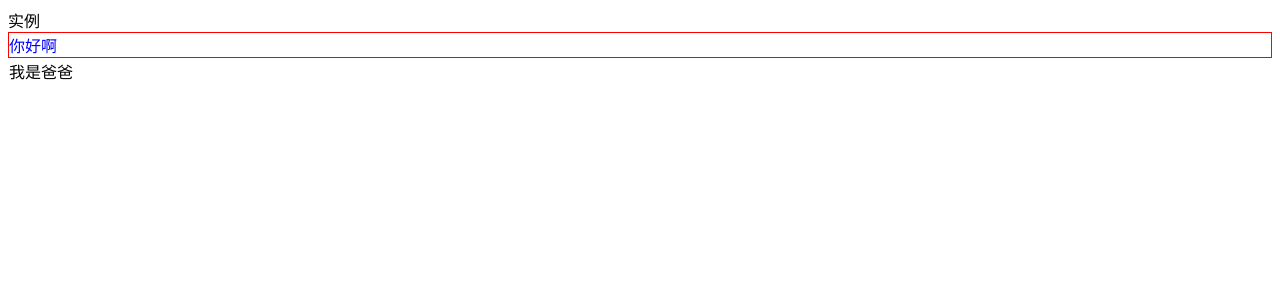
Repository: chenguocan/dom_demo
Page: src/index.html
An editor plug-in stored every save of this project. The page is shown before and after the next save, followed by the edit.
The browser window is 1280 px wide. The pictures show the whole page.

Above is the page before, as saved 2020-08-07 17:17:21.
Console error: TypeError: Cannot read properties of undefined (reading 'classList')

After the next save:
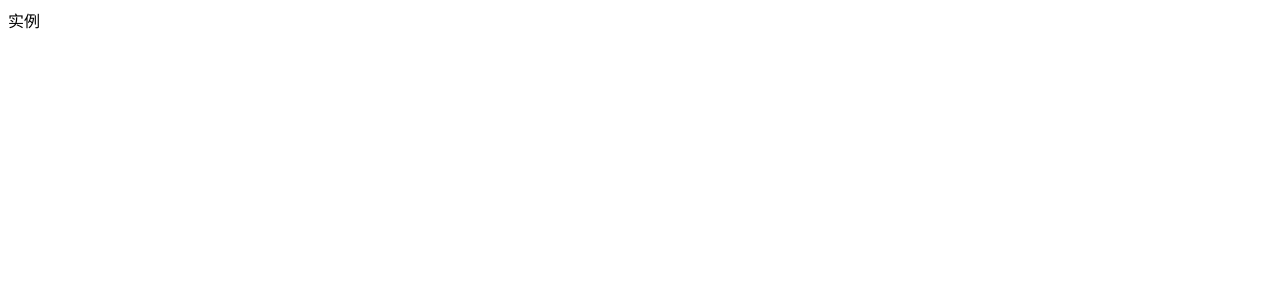
Console error: SyntaxError: Unexpected identifier 'offscreenBuffering'
Saved 89 s later.
--- a/src/dom.js
+++ b/src/dom.js
@@ -91,5 +91,11 @@
         has(node, className) {
             return node.classList.contains(className);
         }
+    },
+    on(node, eventName, fn) {
+        node.addEventListener(eventName, fn);
+    }
+    offscreenBuffering(node, eventName, fn) {
+        node.removeEventListener(eventName, off);
     }
 };

After the 2 saves that followed:
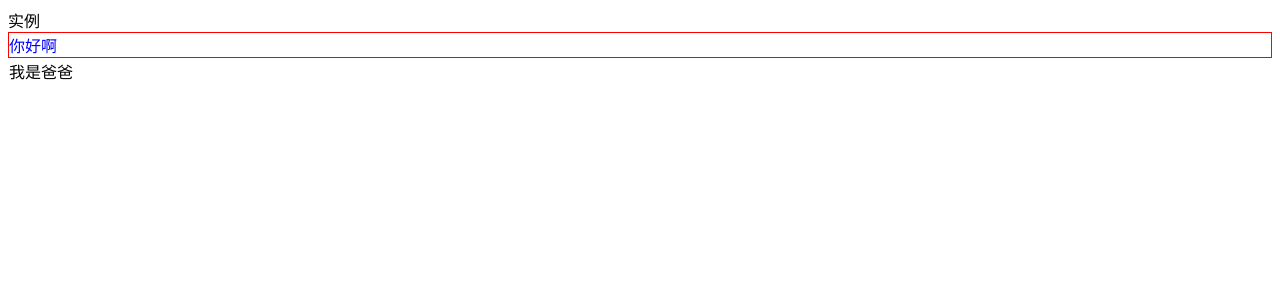
Console error: TypeError: Cannot read properties of undefined (reading 'classList')
The 2 saves are shown as one change because 1 left the picture as it was.
The last was saved 9 s later.
--- a/src/dom.js
+++ b/src/dom.js
@@ -94,8 +94,8 @@
     },
     on(node, eventName, fn) {
         node.addEventListener(eventName, fn);
-    }
-    offscreenBuffering(node, eventName, fn) {
+    },
+    off(node, eventName, fn) {
         node.removeEventListener(eventName, off);
     }
 };
